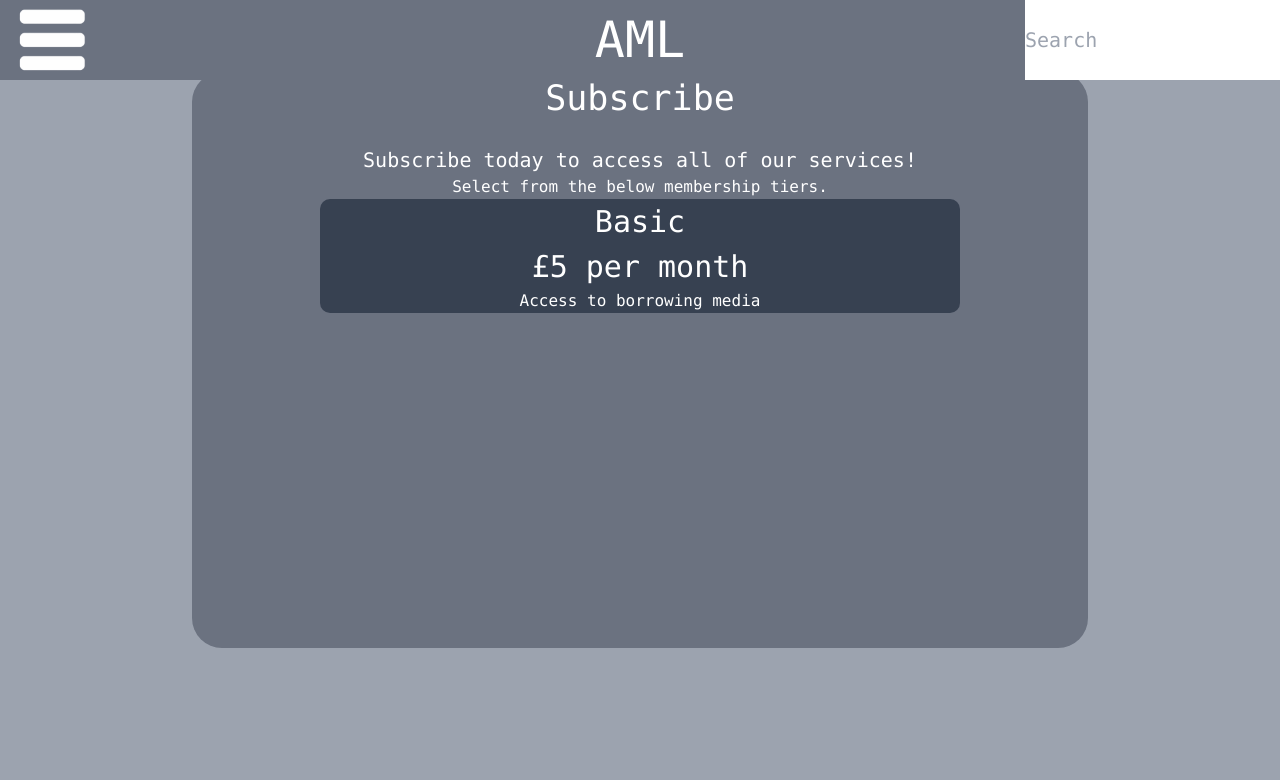
Repository: DuyKhanhDo/AML-Concept
Page: http://localhost/subscribe
These files come from the project's save history. The page is drawn as it stood at one moment and after the next save; the edit follows.
The browser window is 1280 px wide. The pictures show the whole page.
Some web libraries are served in a nearby version. The page is served by the project's Laravel application, run on PHP 8.4 with Laravel 12. A made-up administrator, Test User (test@example.com), is signed in. Other server files are loaded and not shown.

Above is the page before, as saved 2024-11-11 12:54:50.

### routes/web.php
<?php

use App\Http\Controllers\RegisterController;
use App\Http\Controllers\LogInController;
use App\Http\Controllers\ProfileController;
use App\Http\Controllers\SubscriptionController;
use Illuminate\Support\Facades\Route;
use Illuminate\Support\Facades\Auth;

Auth::routes();

Route::get('/', function () {
    return view('catalogue');
});

Route::get('/login', [LogInController::class, 'LogInView'])->name('login');
Route::post('/submit-login', [LogInController::class, 'Submit'])->name('submit.login');

Route::get('/register', [RegisterController::class, 'RegisterView'])->name('register');
Route::post('/submit-register', [RegisterController::class, 'Submit'])->name('submit.register');

Route::get('/subscribe', [SubscriptionController::class, 'SubscribeView'])->name('subscribe');

Route::post('/logout', function(){
    Auth::logout();
    return redirect()->back();
})->name('logout');

### app/Models/User.php
<?php

namespace App\Models;

use Illuminate\Auth\Middleware\Authenticate;
use Illuminate\Database\Eloquent\Model;
use Illuminate\Foundation\Auth\User as Authenticatable;
use Illuminate\Notifications\Notifiable;

class User extends Authenticatable
{
    use Notifiable;
    public $timestamps = false;

    protected $table = 'Users';

    protected $fillable = ['name', 'email', 'password', 'dob'];
};

### app/Http/Controllers/SubscriptionController.php
<?php

namespace App\Http\Controllers;

use Illuminate\Http\Request;

class SubscriptionController extends Controller
{
    public function __construct()
    {
        $this->middleware('auth');
    }

    public function SubscribeView()
    {
        return view('subscribe');
    }
}

### resources/views/subscribe.blade.php
<x-base>
    <x-slot:content>
        <main class="flex justify-center items-center h-screen">
            <div class="absolute top-[5vh] bg-gray-500 w-[70vw] h-[80vh] mt-[5vh] rounded-[30px] flex items-center flex-col">
                <h1 class="text-[35px]">Subscribe</h1>
                <h3 class="text-[20px] mt-[20px]">Subscribe today to access all of our services!</h3>
                <h5>Select from the below membership tiers.</h5>
                <button class="bg-gray-700 rounded-[10px] w-[40rem]">
                    <h2 class="text-[30px]">Basic</h2>
                    <h2 class="text-[30px]">£5 per month</h2>
                    <h3>Access to borrowing media</h3>
                </button>
            </div>
        </main>
    </x-slot>
</x-base>

### resources/views/components/base.blade.php
<!DOCTYPE html>
<html lang="en">
<head>
    <meta charset="UTF-8">
    <meta name="viewport" content="width=device-width, initial-scale=1.0">
    <title>AML</title>
    <script src="https://cdn.tailwindcss.com"></script>
</head>
<body class="bg-gray-400 font-mono">
    <x-navigation-bar></x-navigation-bar>
    <main class="mt-[5vh] text-white text-center">
        {{ $content }}
    </main>
</body>
</html>

### resources/views/components/navigation-bar.blade.php
<div class="fixed left-0 top-0 w-full h-[5rem] flex items-center justify-center bg-gray-500 m-0 p-0 box-border font-mono z-50">
    <button id="toggle-sidebar" class="absolute left-0 ml-[10px] h-full"><img class="h-full" draggable="false" src="{{ asset('assets/sidebar-img.png') }}" alt=""></button>
    <h1 class="text-[50px] text-white">AML</h1>
    <input type="text" class="absolute right-0 ml-[10px] h-full radius-[20px] text-[20px]" placeholder="Search">
</div>
<div id="sidebar" class="fixed left-0 top-[5rem] bg-gray-500 w-[20rem] h-[95vh] flex flex-col opacity-0 z-50 transition-opacity duraction-900">
    <ul class="text-center text-white w-full flex items-center">
        <x-side-bar-btn :csrf=false method="GET" route="/" name="Catalogue"></x-side-bar-btn>
    </ul>
    <ul class="absolute bottom-0 flex flex-col text-center text-white w-full flex items-center">
        @if (Auth::check())
            <x-side-bar-btn :csrf=true method="POST" route="{{ route('logout') }}" name="Sign out"></x-side-bar-btn>
        @else
            <x-side-bar-btn :csrf=false method="GET" route="{{ route('login') }}" name="Log in"></x-side-bar-btn>
            <x-side-bar-btn :csrf=false method="GET" route="{{ route('register') }}" name="Register"></x-side-bar-btn>
        @endif
    </ul>
</div>

<script>
    const button = document.getElementById('toggle-sidebar')
    const sidebar = document.getElementById('sidebar')

    button.addEventListener('click',function(){
        sidebar.classList.toggle('opacity-0');
        sidebar.classList.toggle('opacity-100');
    })
</script>

### resources/views/components/side-bar-btn.blade.php
<form class="w-full" method="{{ $method }}" action='{{ $route }}'>
    @if ($csrf == true)
        @csrf
    @endif

    <li class="mx-auto bg-gray-700 w-full h-[5rem] mb-[10px] flex items-center justify-center">
        <button type="submit" class="font-mono text-[30px] w-full">
            {{ $name }}
        </button>
    </li>
</form>

Loaded but not shown: app/Http/Controllers/Auth/ConfirmPasswordController.php (common file); app/Http/Controllers/Controller.php (common file)

After the next save:
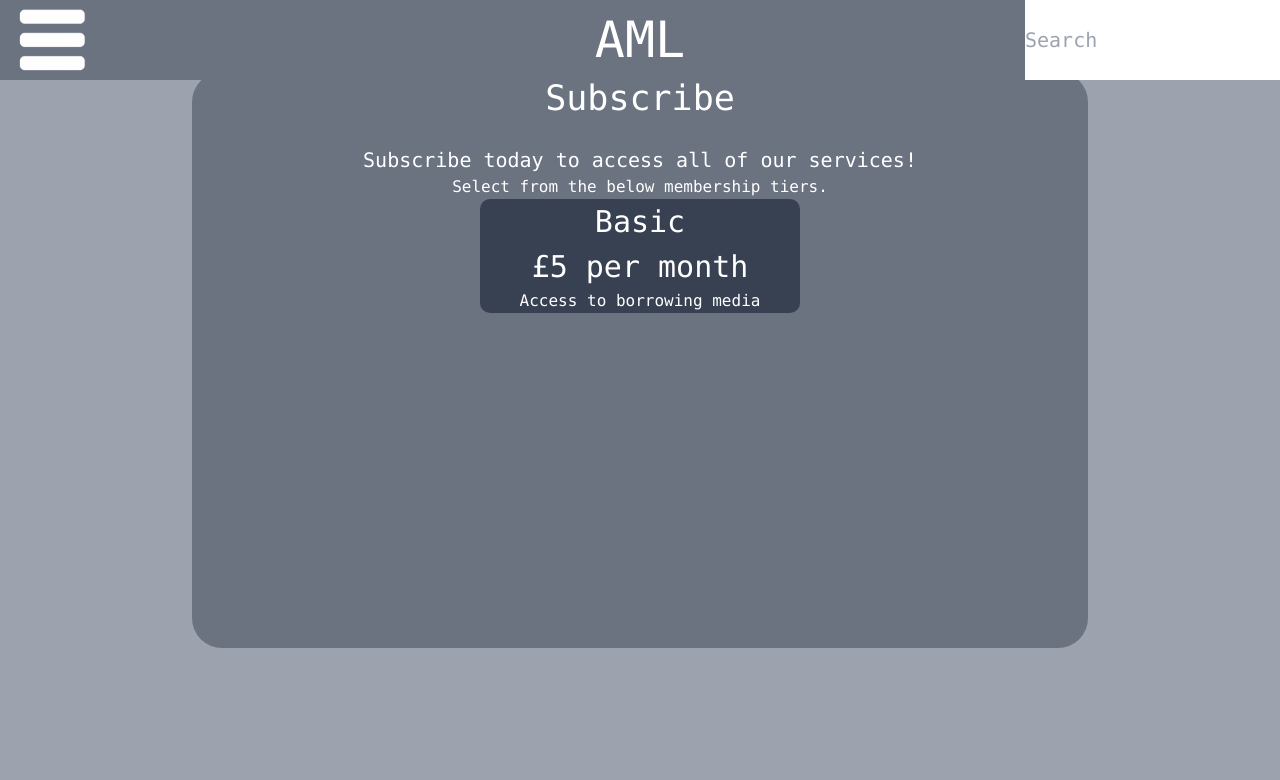
Saved 8 s later.
--- a/resources/views/subscribe.blade.php
+++ b/resources/views/subscribe.blade.php
@@ -5,7 +5,7 @@
                 <h1 class="text-[35px]">Subscribe</h1>
                 <h3 class="text-[20px] mt-[20px]">Subscribe today to access all of our services!</h3>
                 <h5>Select from the below membership tiers.</h5>
-                <button class="bg-gray-700 rounded-[10px] w-[40rem]">
+                <button class="bg-gray-700 rounded-[10px] w-[20rem]">
                     <h2 class="text-[30px]">Basic</h2>
                     <h2 class="text-[30px]">£5 per month</h2>
                     <h3>Access to borrowing media</h3>
